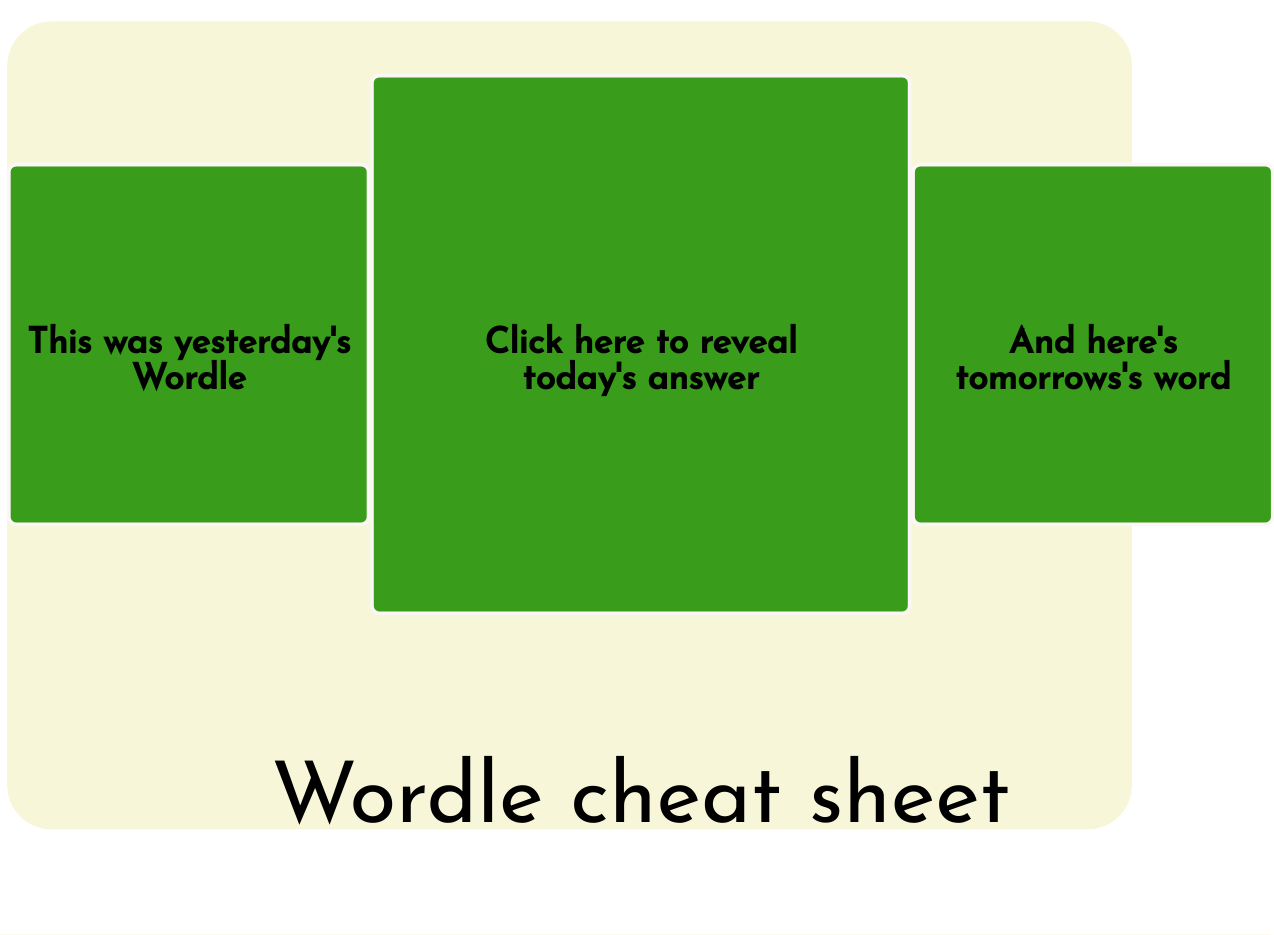
Repository: enoripl/tomorrows-wordle
Page: index.html
The author's editor kept a copy of each file at every save. The page is drawn from the files as they stood at one save, then again after the next save.
The browser window is 1280 px wide. The page is 1432 px wide, so the pictures cover 1432 px, including what lies to the right of the window. The pictures show the whole page, at 89% of full size.

Above is the page before, as saved 2022-02-09 19:24:09.

After the next save:
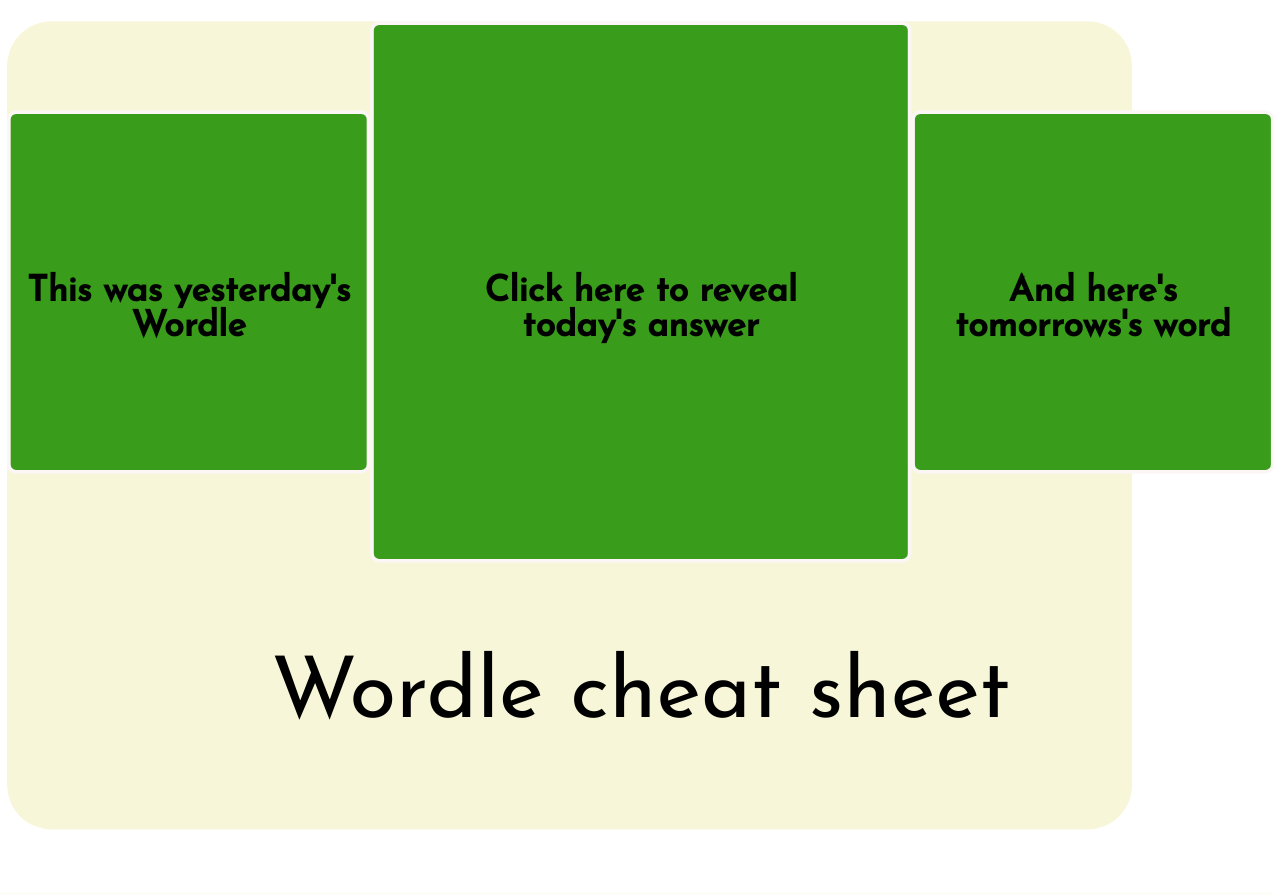
Saved 8 s later.
--- a/styles.css
+++ b/styles.css
@@ -8,7 +8,7 @@
 .main-content {
     min-height: 100vh;
 display: grid;
-grid-template-rows: 80% 300px;
+grid-template-rows: 1fr 300px;
   background-color: rgb(247, 246, 217);
     border-radius: 50px;
 }
